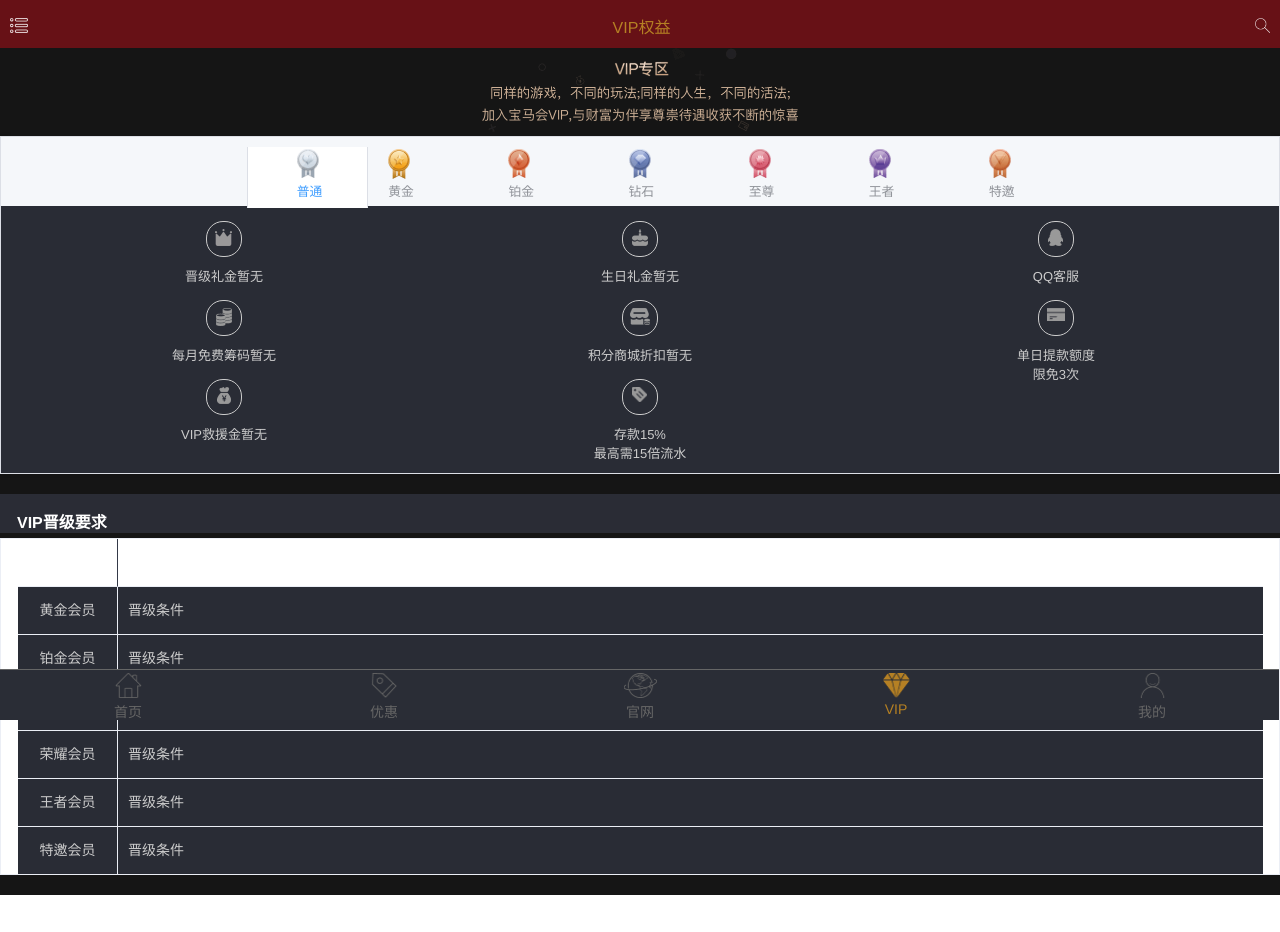
Repository: ada6688/IntegralMall
Page: /Vip
The author's editor kept a copy of each file at every save. The page is drawn from the files as they stood at one save, then again after the next save.
The browser window is 1280 px wide. The pictures show the whole page.
The project was rebuilt for these pictures with package versions that can differ from the ones it lists, and the page was loaded fresh each time. Also part of the build but not shown: src/components/common/Topnav.vue, src/components/page/notice.vue, src/components/page/MainNav.vue, src/components/page/Member.vue, src/components/page/Youhui.vue, src/router/index.js.

Above is the page before, as saved 2020-01-02 17:57:19.

### index.html
<!DOCTYPE html>
<html>
  <head>
    <meta charset="utf-8">
    <meta name="viewport" content="width=device-width,initial-scale=1.0">
    <title>integralmall</title>
  </head>
  <body>
    <div id="app"></div>
    <!-- built files will be auto injected -->
  </body>
</html>

### src/main.js
// The Vue build version to load with the `import` command
// (runtime-only or standalone) has been set in webpack.base.conf with an alias.
import Vue from 'vue'
import App from './App'
import router from './router'
import ElementUI from 'element-ui'
import 'element-ui/lib/theme-chalk/index.css'
import {Cell, CellGroup, Tabbar, TabbarItem, PullRefresh, Stepper, Tab, Tabs, Button, Row, Col, Swipe, SwipeItem, Lazyload, List, Field, NavBar} from 'vant'
import '../src/assets/css/common.css'
import '../src/assets/css/index.css'
import 'swiper/dist/css/swiper.css'
import VueAwesomeSwiper from 'vue-awesome-swiper'
// import BScroll from 'better-scroll'

// Vue.use(BScroll)
Vue.use(VueAwesomeSwiper)
Vue.use(ElementUI)
Vue.use(Cell).use(CellGroup).use(Tabbar).use(TabbarItem).use(Stepper).use(PullRefresh).use(Tab).use(Tabs).use(Field).use(NavBar).use(Button).use(Row).use(Col).use(Swipe).use(SwipeItem).use(Lazyload).use(List)

Vue.config.productionTip = false

/* eslint-disable no-new */
new Vue({
  el: '#app',
  router,
  components: {
    App
  },
  template: '<App/>'
})
// router.beforeEach((to, from, next) => {
//   console.log(to.meta.title)
//   if (to.meta.title) {
//     document.getElementById('top-logo-change').innerHTML = to.meta.title
//     // document.title = to.meta.title
//   }
//   next()
// })

### src/assets/css/common.css
body,p,ul{
  margin: 0;
  padding: 0;
}
li{
  list-style: none;
}
/* 顶部栏 */
.top-nav{
  width: 100%;
  height: 3rem;
  line-height: 3.5rem;
  background-color: #671116;
  position: fixed;
  top: 0;
  z-index: 99;
}
.top-nav > div{
  display: inline-block;
  height: 100%;
}
.top-nav-left{
  float: left;
  margin-left: 10px;
}
.top-nav-right{
  float: right;
  margin-right: 10px;
}
.banner-item > img{
  width: 100%;
}
.swiper-container{
  height: 7.28rem;
}
.top-nav-t{
  color: #B58024;
}
.main-wrap{
  margin-top: 3rem;
  margin-bottom: 2.3rem;
  background: #151515;
}
/* 公告 */
.Notice-sign{
  width: 2rem;
  height: 100%;
  background: url('../images/topnav/lb.png') center no-repeat;
  float: left;
  box-shadow: 1px 0px 5px rgba(0,0,0,0.8);
}
.Notice-textBox {
  width: 100%;
  height: 1.3rem;
  line-height: 1.3rem;
  font-size: .5rem;
  color: #999999;
  background: #2A2D36;
  overflow: hidden;
  position: relative;
  text-align: left;
  z-index: 9;
}
.Notice-text {
  width: 100%;
  padding-left: 42px;
  position: absolute;
  bottom: 0;
}
.slide-enter-active, .slide-leave-active {
  transition: all 0.5s linear;
}
.slide-enter{
  transform: translateY(20px) scale(1);
  opacity: 1;
}
.slide-leave-to {
  transform: translateY(-20px) scale(0.8);
  opacity: 0;
}
/* 底部导航 */
.bottom-tab{
  width:100%;
  height:3.125rem;
  background-color:#2A2D36;
  border-top: 1px solid #656666;
  position: fixed;
  left:0px;
  bottom:0px;
}
.tab-item{
  width: 20%;
  float: left;
  align-items:center;
  justify-content:center;
  font-size:14px;
  color:#666;
  z-index: 999;
}
.NavSigh{
    width:33px;
    margin-top:3px;
}
.on{
  color:#b58023;
}

### src/assets/css/index.css
/****************** 首页商品 *****************/
.products-item{
  width: 45.9%;
  height: 100px;
  padding-right: 3.9%;
  border-right: 1px solid #161616;
  border-bottom: 1px solid #161616;
  background: #292C35;
  float: left;
}
.products-item-even{
  width: 45.9%;
  height: 100px;
  border-bottom: 1px solid #161616;
  background: #292C35;
  padding-left: 3.9%;
  float: left;
}
.product-item-text{
  width: 50%;
  height: 70px;
  color: #ffffff;
  margin-top: 15px;
  float: left;
  text-align: left;
}
.product-item-text p{
  height: 43px;
  font-size: 15px;
  margin-bottom: 5px;
  display: -webkit-box;/*作为弹性伸缩盒子模型显示*/
  -webkit-line-clamp: 2; /*显示的行数；如果要设置2行加...则设置为2*/
  overflow: hidden; /*超出的文本隐藏*/
  text-overflow: ellipsis; /* 溢出用省略号*/
  -webkit-box-orient: vertical;
}
.product-item-text span{
  color: #B58024;
  font-size: 13px;
}
.product-item-img{
  width: 50%;
  height: 100px;
  display: table-cell;
  vertical-align: middle;
  /* float: left; */
}
.product-item-img img{
  max-width: 100%;
}
/******************* VIP *******************/
.level-welfare-wrap, .level-require-wrap{
  padding-bottom: 20px;
}
.VipTop-level-sign{
  display: inline-block;
}
.VipTop-level-text{
  position: absolute;
  bottom: -5px;
}
.vip-level-wrap ul li{
  float: left;
  width: 33.33%;
  height: 79px;
}
.vip-level-wrap ul div{
  width: 34px;
  height: 34px;
  border: 1px solid #CCCCCC;
  border-radius: 17px;
  margin-bottom: 9px;
  display: inline-block;
  vertical-align: middle;
}
.vip-level-wrap ul img{
  margin-top: 7px;
}
.vip-level-wrap ul li>p{
  color: #CCCCCC;
  font-size: 13px;
}
.Vip-level-T{
  color: #ffffff;
  font-size: 16px;
  font-weight: bold;
  text-align: left;
  padding: 15px 0 0 17px;
  margin-bottom: 5px;
  background: #2A2C35;
}

### src/components/common/Bottomnav.vue
<template>
  <div>
    <div class="bottom-tab">
      <div class="tab-item" @click="switchTo('/shouye')">
        <img class="NavSigh" :src="'/shouye' === $route.path ? tabBarImgArr[0].selected : tabBarImgArr[0].normal" alt="首页">
        <p :class="{on: '/shouye' === $route.path}">首页</p>
      </div>
      <div class="tab-item" @click="switchTo('/Youhui')">
        <img class="NavSigh" :src="'/Youhui' === $route.path ? tabBarImgArr[1].selected : tabBarImgArr[1].normal" alt="推荐">
        <p :class="{on: '/Youhui' === $route.path}">优惠</p>
      </div>
      <div class="tab-item">
        <img class="NavSigh" :src="'/' === $route.path ? tabBarImgArr[2].selected : tabBarImgArr[2].normal" alt="搜索">
        <p :class="{on: '/' === $route.path}">官网</p>
      </div>
      <div class="tab-item" @click="switchTo('/Vip')">
        <img class="NavSigh" :src="'/Vip' === $route.path ? tabBarImgArr[3].selected : tabBarImgArr[3].normal" alt="聊天">
        <p :class="{on: '/Vip' === $route.path}">VIP</p>
      </div>
      <div class="tab-item" @click="switchTo('/Member')">
        <img class="NavSigh" :src="'/Member' === $route.path ? tabBarImgArr[4].selected : tabBarImgArr[4].normal" alt="我的">
        <p :class="{on: '/Member' === $route.path}">我的</p>
      </div>
    </div>
  </div>
</template>
<script>
export default {
  data () {
    return {
      tabBarImgArr: [
        {normal: require('../../assets/images/navLogo/sy_x.png'), selected: require('../../assets/images/navLogo/sy.png')},
        {normal: require('../../assets/images/navLogo/yh_x.png'), selected: require('../../assets/images/navLogo/yh.png')},
        {normal: require('../../assets/images/navLogo/gw_x.png'), selected: require('../../assets/images/navLogo/gw.png')},
        {normal: require('../../assets/images/navLogo/zs_x.png'), selected: require('../../assets/images/navLogo/zs.png')},
        {normal: require('../../assets/images/navLogo/wd_x.png'), selected: require('../../assets/images/navLogo/wd.png')}
      ]
    }
  },
  methods: {
    switchTo (path) {
      this.$router.replace(path)
    }
  }
}
</script>
<style>

</style>

### src/components/page/shouye.vue
<template>
  <div>
      <TopNav></TopNav>
      <div class="main-wrap shouye-contain">
        <!-- banner -->
        <swiper :options="swiperOption" ref="mySwiper">
          <!-- slides -->
          <swiper-slide>
            <div class="banner-item">
              <img src="../../assets/images/banner/banner2.png" alt="">
            </div>
          </swiper-slide>
          <swiper-slide>
            <div class="banner-item">
              <img src="../../assets/images/banner/banner2_2.png" alt="">
            </div>
          </swiper-slide>
          <swiper-slide>
            <div class="banner-item">
              <img src="../../assets/images/banner/banner2_3.png" alt="">
            </div>
          </swiper-slide>
          <!-- Optional controls -->
          <!-- <div class="swiper-pagination" slot="pagination"></div> -->
          <!-- <div class="swiper-scrollbar index-banner-circle" slot="scrollbar"></div> -->
        </swiper>
        <!-- 滚动公告 -->
        <Notice></Notice>
        <!-- 推荐分类栏 -->
        <div class="recommend-wrap">
          <el-row>
            <el-tabs type="border-card">
              <el-tab-pane label="推荐">
                <div class="products-item">
                  <div class="product-item-text">
                    <p>商品详情商品详情商品详情商品详情商品详</p>
                    <span>72000积分</span>
                  </div>
                  <div class="product-item-img">
                    <img src="../../assets/images/products/bsbb.png" alt="">
                  </div>
                </div>
                <div class="products-item-even">
                  <div class="product-item-text">
                    <p>商品详情商品详情商品详情商品详情商品详</p>
                    <span>72000积分</span>
                  </div>
                  <div class="product-item-img">
                    <img src="../../assets/images/products/kh.png" alt="">
                  </div>
                </div>
                <div class="products-item">
                  <div class="product-item-text">
                    <p>商品详情商品详情商品详情商品详情商品详</p>
                    <span>72000积分</span>
                  </div>
                  <div class="product-item-img">
                    <img src="../../assets/images/products/lsbb.png" alt="">
                  </div>
                </div>
                <div class="products-item-even">
                  <div class="product-item-text">
                    <p>商品详情商品详情商品详情商品详情商品详</p>
                    <span>72000积分</span>
                  </div>
                  <div class="product-item-img">
                    <img src="../../assets/images/products/sb.png" alt="">
                  </div>
                </div>
                <div class="products-item">
                  <div class="product-item-text">
                    <p>商品详情商品详情商品详情商品详情商品详</p>
                    <span>72000积分</span>
                  </div>
                  <div class="product-item-img">
                    <img src="../../assets/images/products/xs.png" alt="">
                  </div>
                </div>
                <div class="products-item-even">
                  <div class="product-item-text">
                    <p>商品详情商品详情商品详情商品详情商品详</p>
                    <span>72000积分</span>
                  </div>
                  <div class="product-item-img">
                    <img src="../../assets/images/products/xsfs.png" alt="">
                  </div>
                </div>
                <div class="products-item">
                  <div class="product-item-text">
                    <p>商品详情商品详情商品详情商品详情商品详</p>
                    <span>72000积分</span>
                  </div>
                  <div class="product-item-img">
                    <img src="../../assets/images/products/yx.png" alt="">
                  </div>
                </div>
                <div class="products-item-even">
                  <div class="product-item-text">
                    <p>商品详情商品详情商品详情商品详情商品详</p>
                    <span>72000积分</span>
                  </div>
                  <div class="product-item-img">
                    <img src="../../assets/images/products/hw.png" alt="">
                  </div>
                </div>
              </el-tab-pane>
              <el-tab-pane label="数码">数码</el-tab-pane>
              <el-tab-pane label="奖金">奖金</el-tab-pane>
              <el-tab-pane label="生活精品">生活精品</el-tab-pane>
              <el-tab-pane label="奢华品">奢华品</el-tab-pane>
            </el-tabs>
          </el-row>
        </div>
      </div>
      <BottomNav></BottomNav>
  </div>
</template>
<script>
// 引用组件
import BottomNav from '@/components/common/Bottomnav'
import TopNav from '@/components/common/Topnav'
import Notice from '@/components/page/Notice'
import {swiper, swiperSlide} from 'vue-awesome-swiper'

export default {
  name: 'App',
  components: {
    BottomNav,
    TopNav,
    swiper,
    swiperSlide,
    Notice
  },
  data () {
    return {
      swiperOption: {
        scrollbar: {
          el: '.swiper-scrollbar'
        },
        slidesPerView: 1,
        autoplay: {
          delay: 5000,
          disableOnInteraction: false
        },
        loop: true
      }
    }
  }
}
</script>
<style>
.swiper-container{
  height: 100%;
  margin-bottom: -4px;
}
.el-tabs__nav-wrap{
  width: 100%
}
/* .el-tabs__item{
  padding: 0 5.26%;
} */
.el-tabs--border-card{
  border: 0;
}
.el-tabs--border-card>.el-tabs__header .el-tabs__item{
  border: 0
}
.el-tabs--border-card>.el-tabs__header{
  padding: 10px 15px 0;
  background: #151515
}
.el-tabs--border-card>.el-tabs__header .el-tabs__item:not(.is-disabled):hover{
  color: #ffffff;
}
.el-tabs--border-card>.el-tabs__header .el-tabs__item.is-active{
  height: 39px;
  color: #ffffff;
  background: #292C35;
}
.el-tabs--border-card>.el-tabs__header .el-tabs__item{
  color: #666666;
}
.el-tabs__nav-wrap.is-scrollable{
  padding: 0 20px;
  box-sizing: border-box;
}
.el-tabs--border-card{
  box-shadow: 0 0 0 0 rgb(0, 0, 0, 0)
}
.el-tabs--border-card>.el-tabs__content {
  margin-top: -2px;
  background: #292C35;
}

</style>

### src/components/page/Vip.vue
<template>
  <div>
    <TopnavC></TopnavC>
    <div class="main-wrap VIP-contain">
      <div>
        <img src="../../assets/images/VIP/VIP-T.png" alt="">
      </div>
      <div class="level-welfare-wrap">
        <el-row>
          <el-tabs type="border-card">
            <el-tab-pane label="普通">
              <span slot="label"><img class="VipTop-level-sign" src="../../assets/images/VIP/pt.png" alt=""> <p class="VipTop-level-text">普通</p></span>
              <div class="vip-level-wrap">
                <ul>
                  <li>
                    <div>
                      <img src="../../assets/images/VIP/hg.png" alt="">
                    </div>
                    <p>晋级礼金暂无</p>
                  </li>
                  <li>
                    <div>
                      <img src="../../assets/images/VIP/dg.png" alt="">
                    </div>
                    <p>生日礼金暂无</p>
                  </li>
                  <li>
                    <div>
                      <img src="../../assets/images/VIP/QQ.png" alt="">
                    </div>
                    <p>QQ客服</p>
                  </li>
                </ul>
                <ul>
                  <li>
                    <div>
                      <img src="../../assets/images/VIP/jb.png" alt="">
                    </div>
                    <p>每月免费筹码暂无</p>
                  </li>
                  <li>
                    <div>
                      <img src="../../assets/images/VIP/sc.png" alt="">
                    </div>
                    <p>积分商城折扣暂无</p>
                  </li>
                  <li>
                    <div>
                      <img src="../../assets/images/VIP/yhk.png" alt="">
                    </div>
                    <p>单日提款额度<br>限免3次</p>
                  </li>
                </ul>
                <ul>
                  <li>
                    <div>
                      <img src="../../assets/images/VIP/qd.png" alt="">
                    </div>
                    <p>VIP救援金暂无</p>
                  </li>
                  <li>
                    <div>
                      <img src="../../assets/images/VIP/yhbq.png" alt="">
                    </div>
                    <p>存款15%<br>最高需15倍流水</p>
                  </li>
                </ul>
              </div>
            </el-tab-pane>
            <el-tab-pane label="黄金">
              <span slot="label"><img class="VipTop-level-sign" src="../../assets/images/VIP/hj.png" alt=""> <p class="VipTop-level-text">黄金</p></span>
            </el-tab-pane>
            <el-tab-pane label="铂金">
              <span slot="label"><img class="VipTop-level-sign" src="../../assets/images/VIP/bj.png" alt=""> <p class="VipTop-level-text">铂金</p></span>
            </el-tab-pane>
            <el-tab-pane label="钻石">
              <span slot="label"><img class="VipTop-level-sign" src="../../assets/images/VIP/zs.png" alt=""> <p class="VipTop-level-text">钻石</p></span>
            </el-tab-pane>
            <el-tab-pane label="至尊">
              <span slot="label"><img class="VipTop-level-sign" src="../../assets/images/VIP/zz.png" alt=""> <p class="VipTop-level-text">至尊</p></span>
            </el-tab-pane>
            <el-tab-pane label="王者">
              <span slot="label"><img class="VipTop-level-sign" src="../../assets/images/VIP/wz.png" alt=""> <p class="VipTop-level-text">王者</p></span>
            </el-tab-pane>
            <el-tab-pane label="特邀">
              <span slot="label"><img class="VipTop-level-sign" src="../../assets/images/VIP/ty.png" alt=""> <p class="VipTop-level-text">特邀</p></span>
            </el-tab-pane>
          </el-tabs>
        </el-row>
      </div>
      <div class="level-require-wrap">
        <p class="Vip-level-T">VIP晋级要求</p>
        <el-table
          :data="tableData"
          border
          style="width: 100%">
          <el-table-column
            prop="level"
            label="会员等级"
            width="100%">
          </el-table-column>
          <el-table-column
            prop="detail"
            label="晋级条件">
          </el-table-column>
        </el-table>
      </div>
    </div>
    <Bottomnav></Bottomnav>
  </div>
</template>
<script>
import TopnavC from '@/components/common/Topnav-c'
import Bottomnav from '@/components/common/Bottomnav'

export default {
  name: 'App',
  components: {
    TopnavC,
    Bottomnav
  },
  data () {
    return {
      tableData: [{
        level: '黄金会员',
        detail: '晋级条件'
      }, {
        level: '铂金会员',
        detail: '晋级条件'
      }, {
        level: '钻石会员',
        detail: '晋级条件'
      }, {
        level: '荣耀会员',
        detail: '晋级条件'
      }, {
        level: '王者会员',
        detail: '晋级条件'
      }, {
        level: '特邀会员',
        detail: '晋级条件'
      }]
    }
  }
}
</script>
<style>
.el-table{
  padding: 0 17px 0 17px
}
.el-table td, .el-table th.is-leaf,.el-table--border, .el-table--group{
  border-color: #343947;
  background: #292C35;
  color: #cccccc
}
.el-table th{
  font-weight: normal;
  text-align: center;
  color: #ffffff !important;
}
.el-table td:first-child{
  text-align: center
}
.el-tabs__nav,.el-tabs__nav-wrap{
  width: 100%
}

.el-tabs--border-card{
  border: 0;
}
.el-tabs--border-card>.el-tabs__header .el-tabs__item{
  border: 0;
  font-size: .8rem;
}
.el-tabs--border-card>.el-tabs__header{
  padding: 10px 3.65% 0;
  background: #151515
}
.el-tabs--border-card>.el-tabs__header .el-tabs__item:not(.is-disabled):hover{
  color: #ffffff;
}
.el-tabs--border-card>.el-tabs__header .el-tabs__item.is-active{
  height: 39px;
  color: #ffffff;
  background: #292C35;
}
.el-tabs--border-card>.el-tabs__header .el-tabs__item{
  color: #666666;
}
.el-tabs__nav-wrap.is-scrollable{
  padding: 0 20px;
  box-sizing: border-box;
}
.el-tabs--border-card{
  box-shadow: 0 0 0 0 rgb(0, 0, 0, 0)
}
.el-tabs--border-card>.el-tabs__content {
  margin-top: -2px;
  background: #292C35;
}
.el-tabs--border-card>.el-tabs__header .el-tabs__item,.el-tabs--top.el-tabs--border-card>.el-tabs__header .el-tabs__item:nth-child(2),.el-tabs--top.el-tabs--border-card>.el-tabs__header .el-tabs__item:last-child{
  padding: 2px 4.1% 0;
  height: 62px;
  vertical-align: bottom;
}
@media screen and (max-width: 360px) {
  .el-tabs--border-card>.el-tabs__header .el-tabs__item,.el-tabs--top.el-tabs--border-card>.el-tabs__header .el-tabs__item:nth-child(2),.el-tabs--top.el-tabs--border-card>.el-tabs__header .el-tabs__item:last-child{
  padding: 2px 3.5% 0;
  height: 62px;
  vertical-align: bottom;
}
}
.el-tabs--border-card>.el-tabs__header .el-tabs__item.is-active{
  height: 62px;
}
</style>

### src/components/common/Topnav-c.vue
<template>
  <div>
    <div class="top-nav">
      <div class="top-nav-left">
        <img src="../../assets/images/topnav/cd.png" alt="菜单">
      </div>
      <div class="top-nav-t">
        <p>VIP权益</p>
      </div>
      <div class="top-nav-right">
        <img src="../../assets/images/topnav/ss.png" alt="搜索">
      </div>
    </div>
  </div>
</template>
<script>
export default {
  data () {
    return {
      tabBarImgArr: [
        {normal: require('../../assets/images/topnav/logo.png')},
        {normal: require('../../assets/images/topnav/ss.png')},
        {normal: require('../../assets/images/topnav/cd.png')}
      ]
    }
  }
}
</script>
<style>

</style>

Loaded but not shown: src/App.vue (common file)

After the next save:
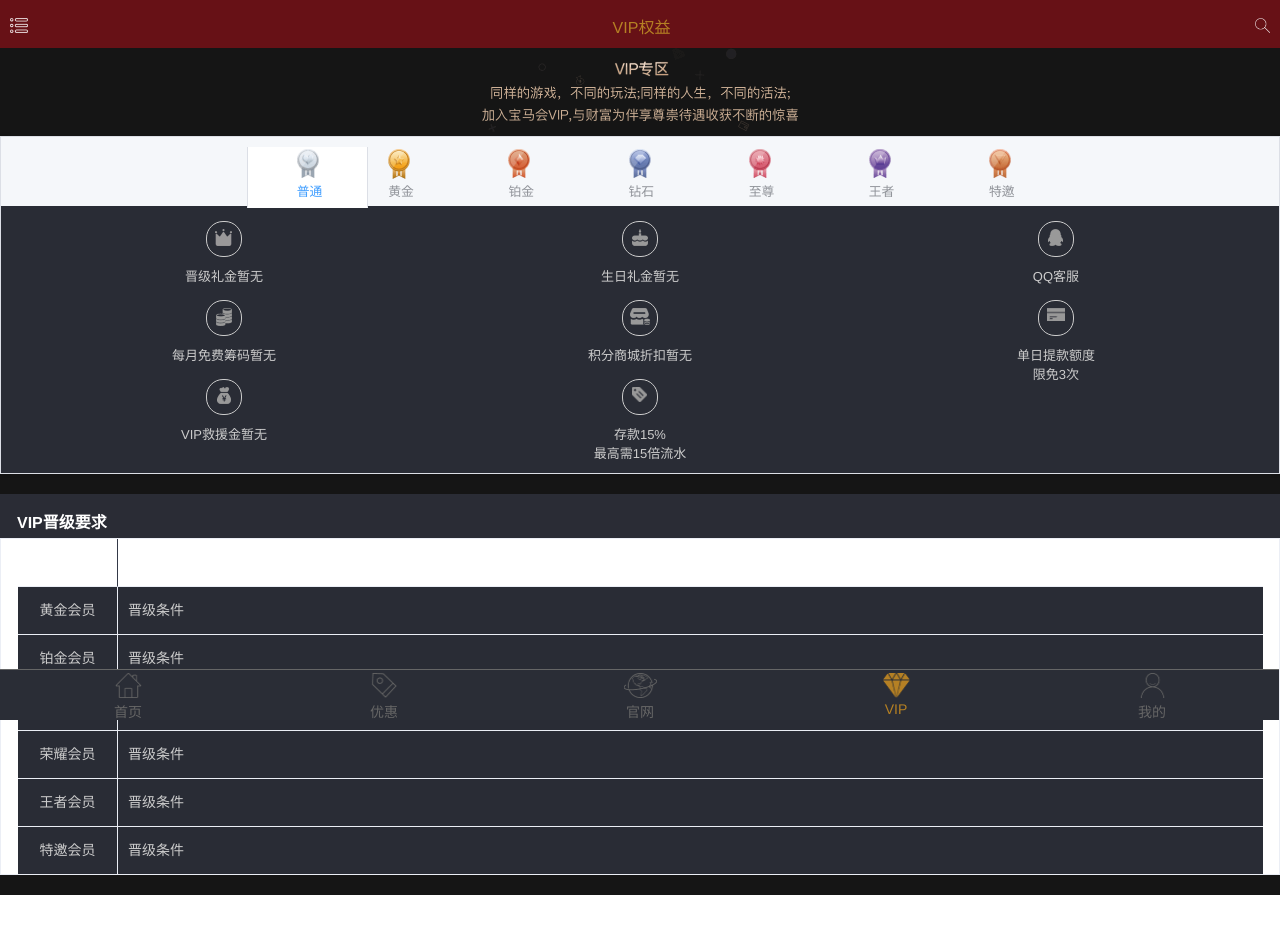
Saved 11 s later.
--- a/src/assets/css/index.css
+++ b/src/assets/css/index.css
@@ -85,7 +85,6 @@
   font-size: 16px;
   font-weight: bold;
   text-align: left;
-  padding: 15px 0 0 17px;
-  margin-bottom: 5px;
+  padding: 15px 0 5px 17px;
   background: #2A2C35;
 }
